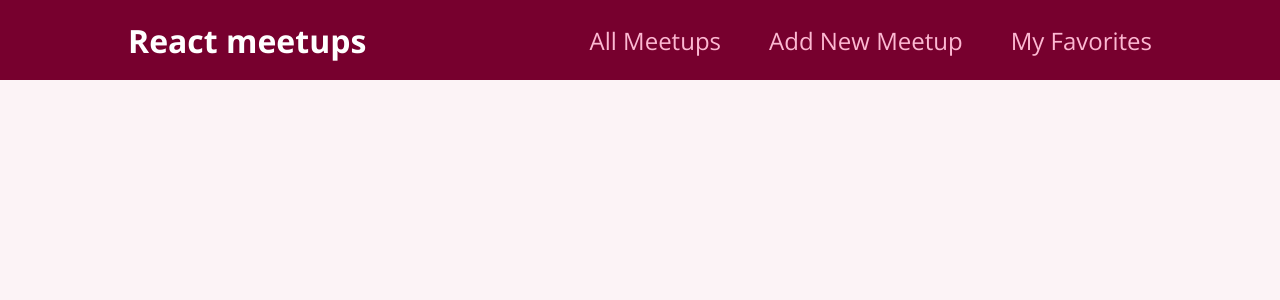
Repository: peterclermy232/React-simple-project
Page: /
The author's editor kept a copy of each file at every save. The page is drawn from the files as they stood at one save, then again after a run of saves.
The browser window is 1280 px wide. The pictures show the whole page.
The project was rebuilt for these pictures with package versions that can differ from the ones it lists, and the page was loaded fresh each time. Also part of the build but not shown: src/Pages/NewMeetups.js, src/Pages/Favorites.js.

Above is the page before, as saved 2022-01-18 09:26:53.

After the next 3 saves:
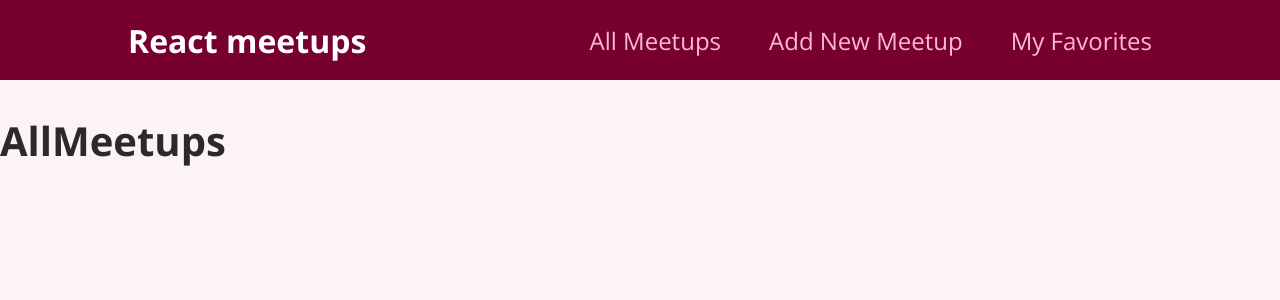
The 3 saves are shown as one change because they came seconds apart.
The last was saved 10 s later.
--- a/src/Pages/AllMeetups.js
+++ b/src/Pages/AllMeetups.js
@@ -22,7 +22,7 @@ const DUUMY_DATA =[
 function AllMeetupsPage() {
     return (
         <section>
-
+            <h1>AllMeetups</h1>
         </section>
     )
 }
